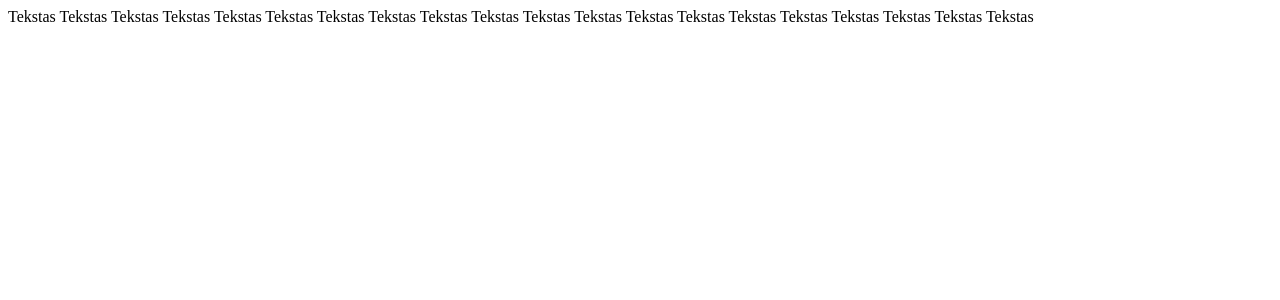
Repository: motiejus1/01-paskait
Page: pirmas.html
These files come from the project's save history. The page is drawn as it stood at one moment and after the next save; the edit follows.
The browser window is 1280 px wide. The pictures show the whole page.

Above is the page before, as saved 2021-05-31 19:25:56.

### pirmas.html
<!DOCTYPE html>

<html lang="en">
    <head>
        <meta charset="UTF-8">
        <meta http-equiv="X-UA-Compatible" content="IE=edge">
        <meta name="viewport" content="width=device-width, initial-scale=1.0">
        <title>Antra paskaita</title>
    </head>

    <body>

        Tekstas Tekstas Tekstas Tekstas Tekstas
        Tekstas Tekstas Tekstas Tekstas Tekstas
        Tekstas Tekstas Tekstas Tekstas Tekstas
        Tekstas Tekstas Tekstas Tekstas Tekstas

    </body>

</html>

After the next save:
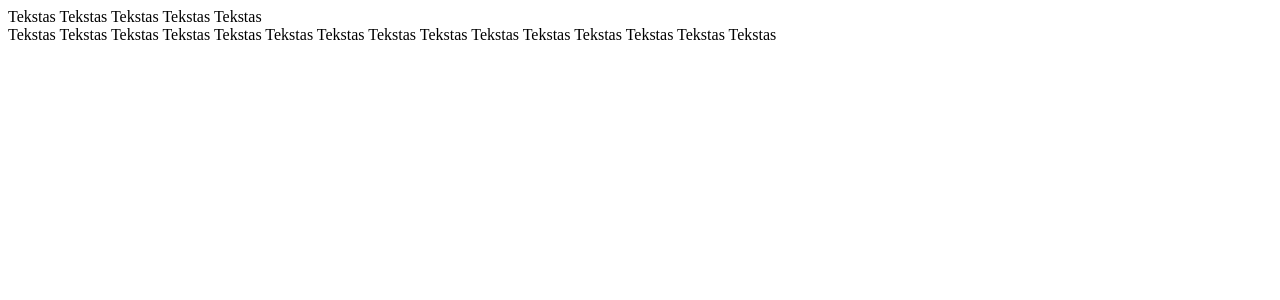
Saved 12 s later.
--- a/pirmas.html
+++ b/pirmas.html
@@ -10,7 +10,7 @@
 
     <body>
 
-        Tekstas Tekstas Tekstas Tekstas Tekstas
+        Tekstas Tekstas Tekstas Tekstas Tekstas <br>
         Tekstas Tekstas Tekstas Tekstas Tekstas
         Tekstas Tekstas Tekstas Tekstas Tekstas
         Tekstas Tekstas Tekstas Tekstas Tekstas
